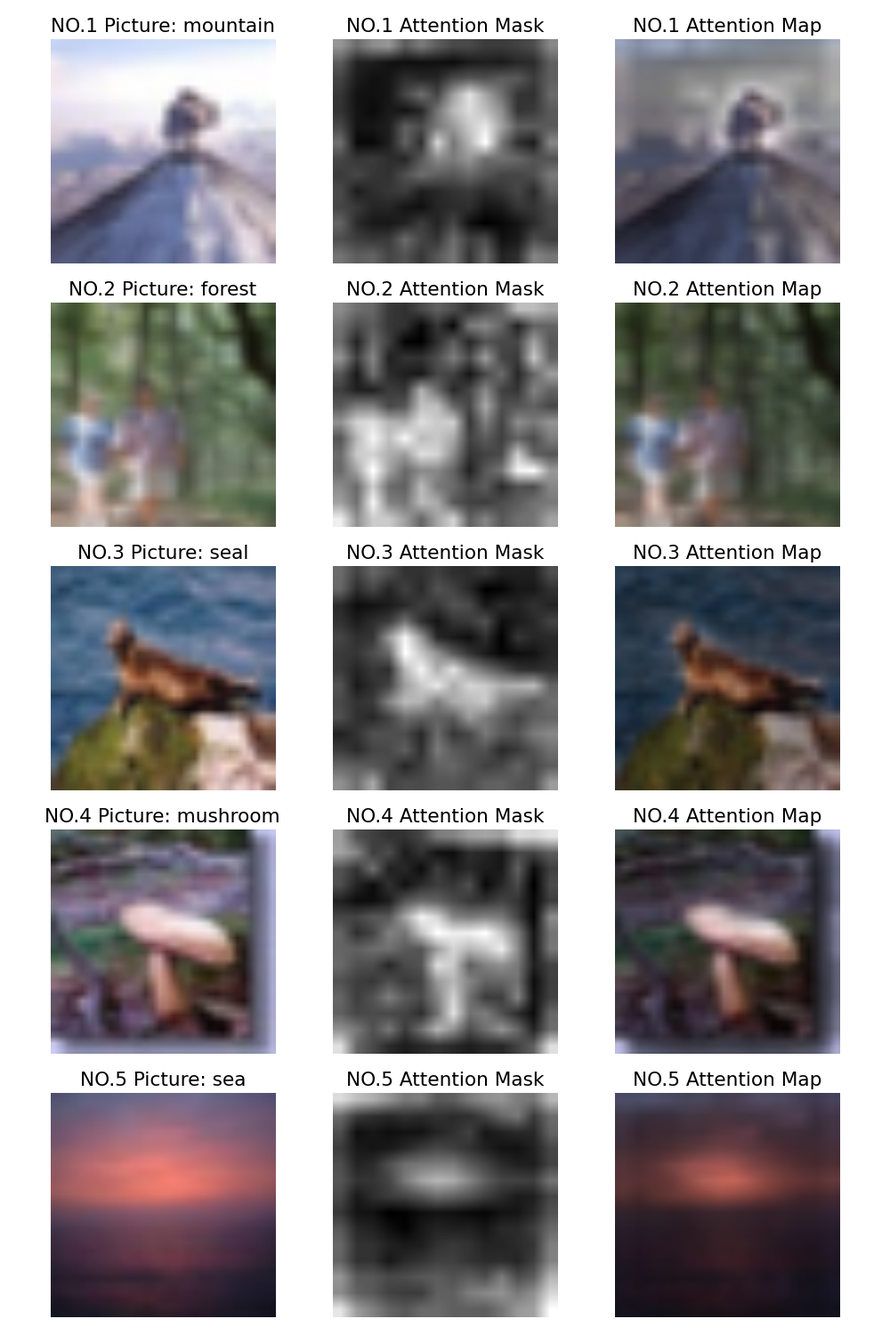
Repository: ginnux/vit
Script's output: python figure/visual.py
These files come from the project's save history. The script's output is drawn as it stood at one moment and after the next save; the edit follows.
The pictures are shown at 89% of full size.
Random numbers start from a fixed seed. It also reads figure/base.pkl, figure/small.pkl.

Above is the script's output before, as saved 2024-06-24 23:16:10.

After the next save:
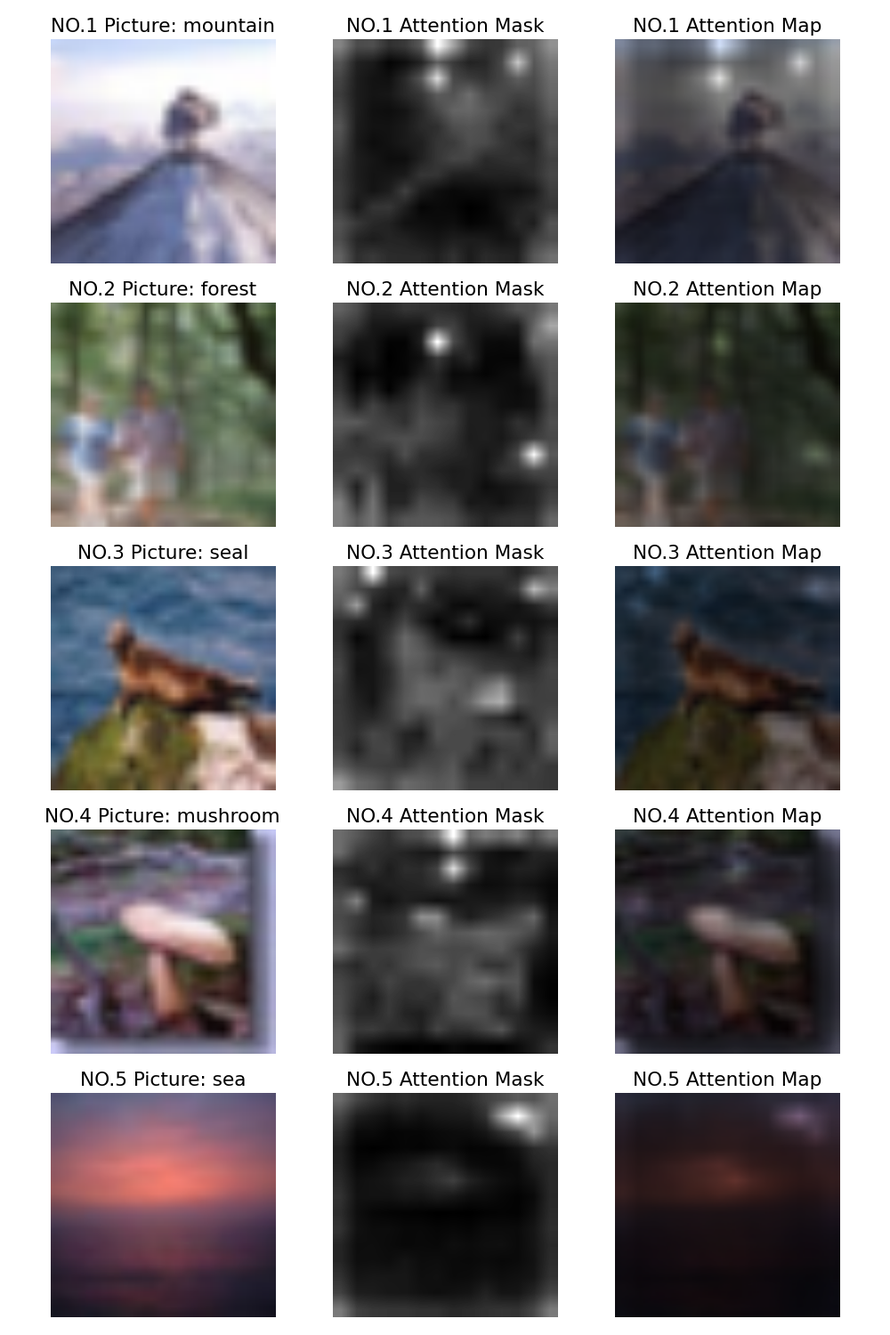
Saved 21 s later.
--- a/figure/visual.py
+++ b/figure/visual.py
@@ -3,7 +3,7 @@
 import matplotlib.pyplot as plt
 
 # Load data
-with open("figure/base.pkl", "rb") as f:
+with open("figure/small.pkl", "rb") as f:
     data = pickle.load(f)
 
 # Plot

After the save that followed:
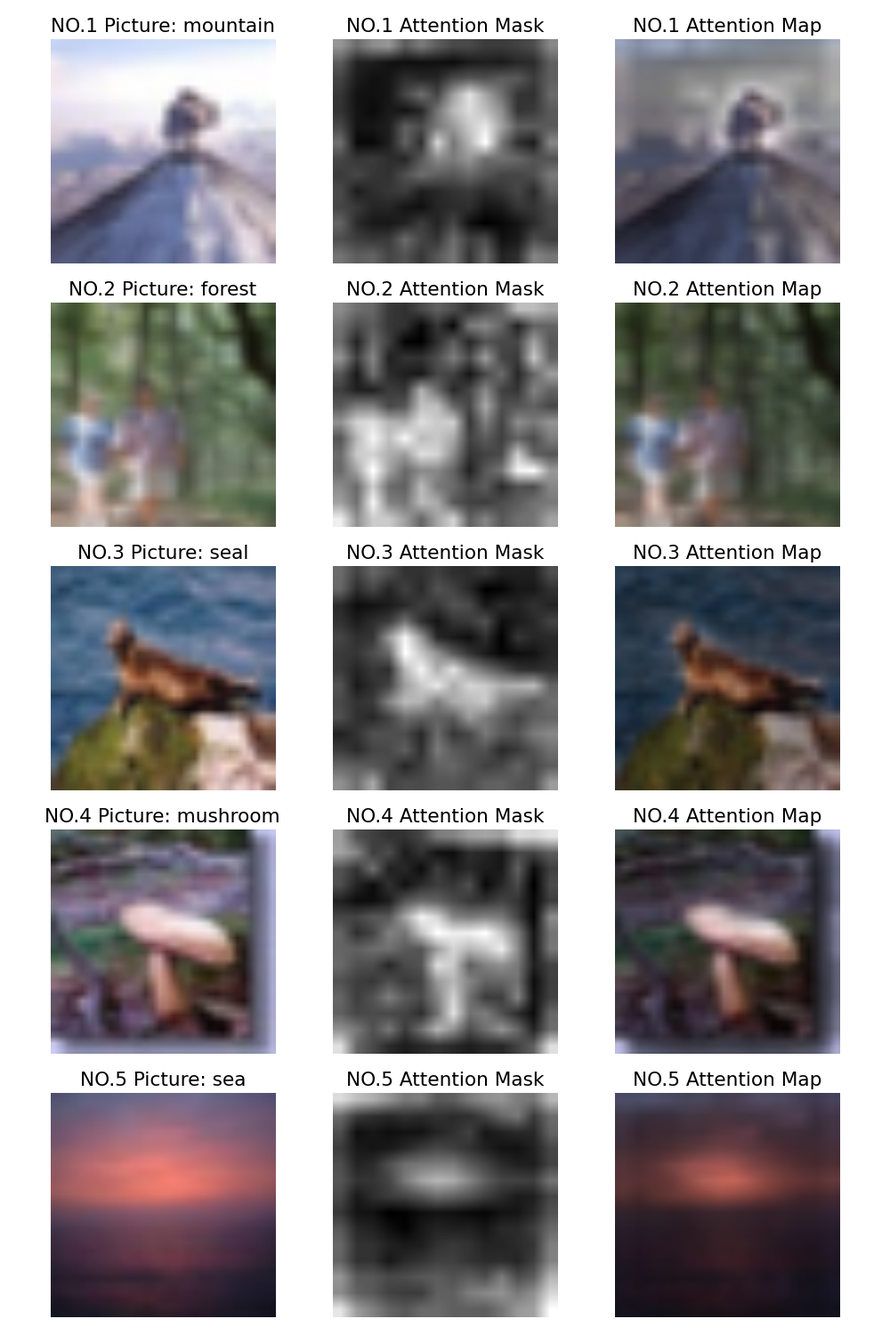
Saved 23 s later.
--- a/figure/visual.py
+++ b/figure/visual.py
@@ -3,7 +3,7 @@
 import matplotlib.pyplot as plt
 
 # Load data
-with open("figure/small.pkl", "rb") as f:
+with open("figure/base.pkl", "rb") as f:
     data = pickle.load(f)
 
 # Plot
